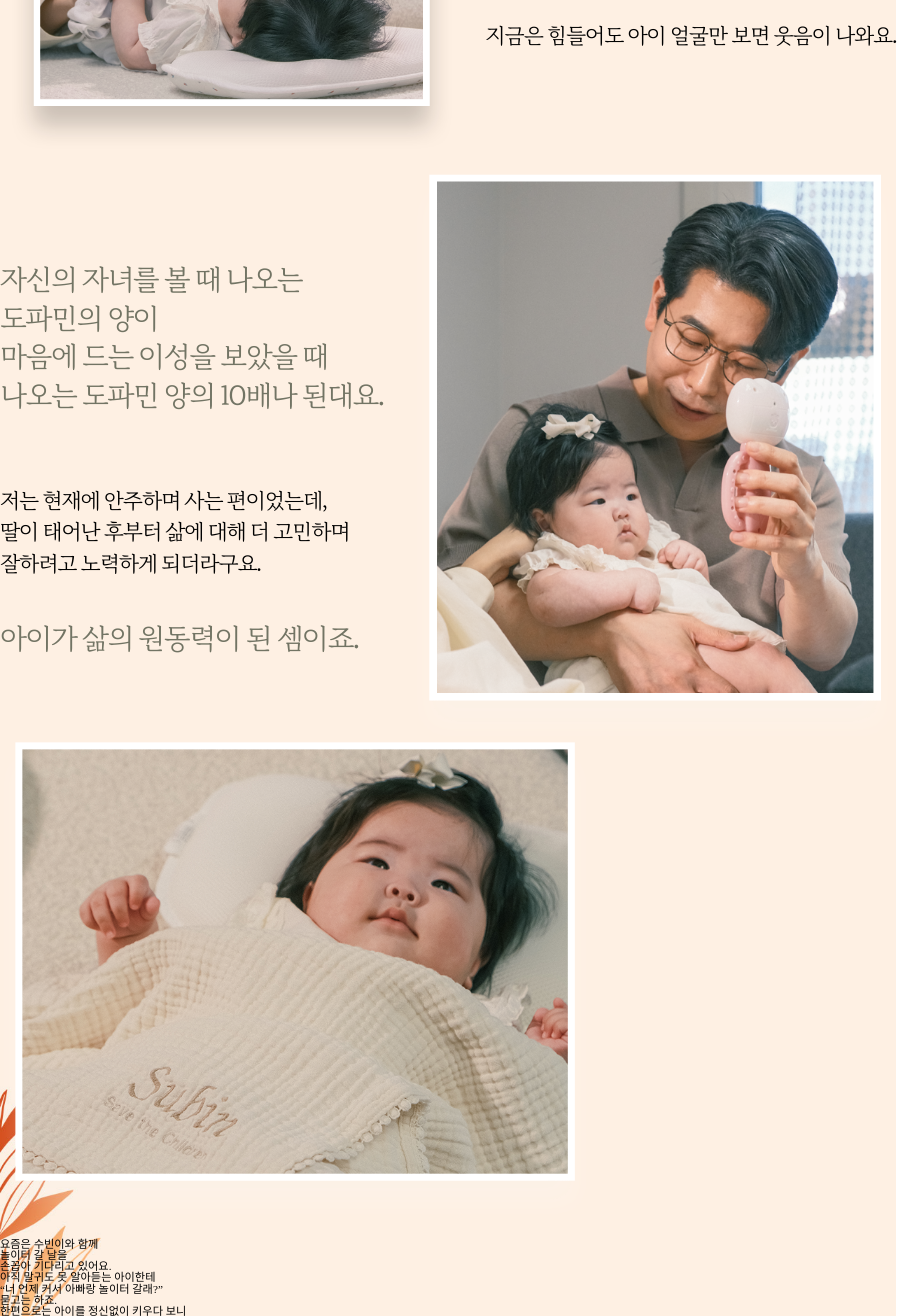
Repository: dlgywls1130/saveTheChildren
Page: index.html
These files come from the project's save history. The page is drawn as it stood at one moment and after the next save; the edit follows.
The browser window is 1280 px wide. The page is 1293 px wide, so the pictures cover 1293 px, including what lies to the right of the window. The pictures show the part of the page from y = 3671 to 5551 px (the page is 10568 px tall before and 10718 px after), at 70% of full size.
Some web fonts or font styles are not loaded; a fallback is used. The style sheet was rebuilt from its Sass, Less or Tailwind sources for each picture, by a compiler version that may differ from the author's.

Above is the page before, as saved 2024-11-01 22:43:06.

After the next save:
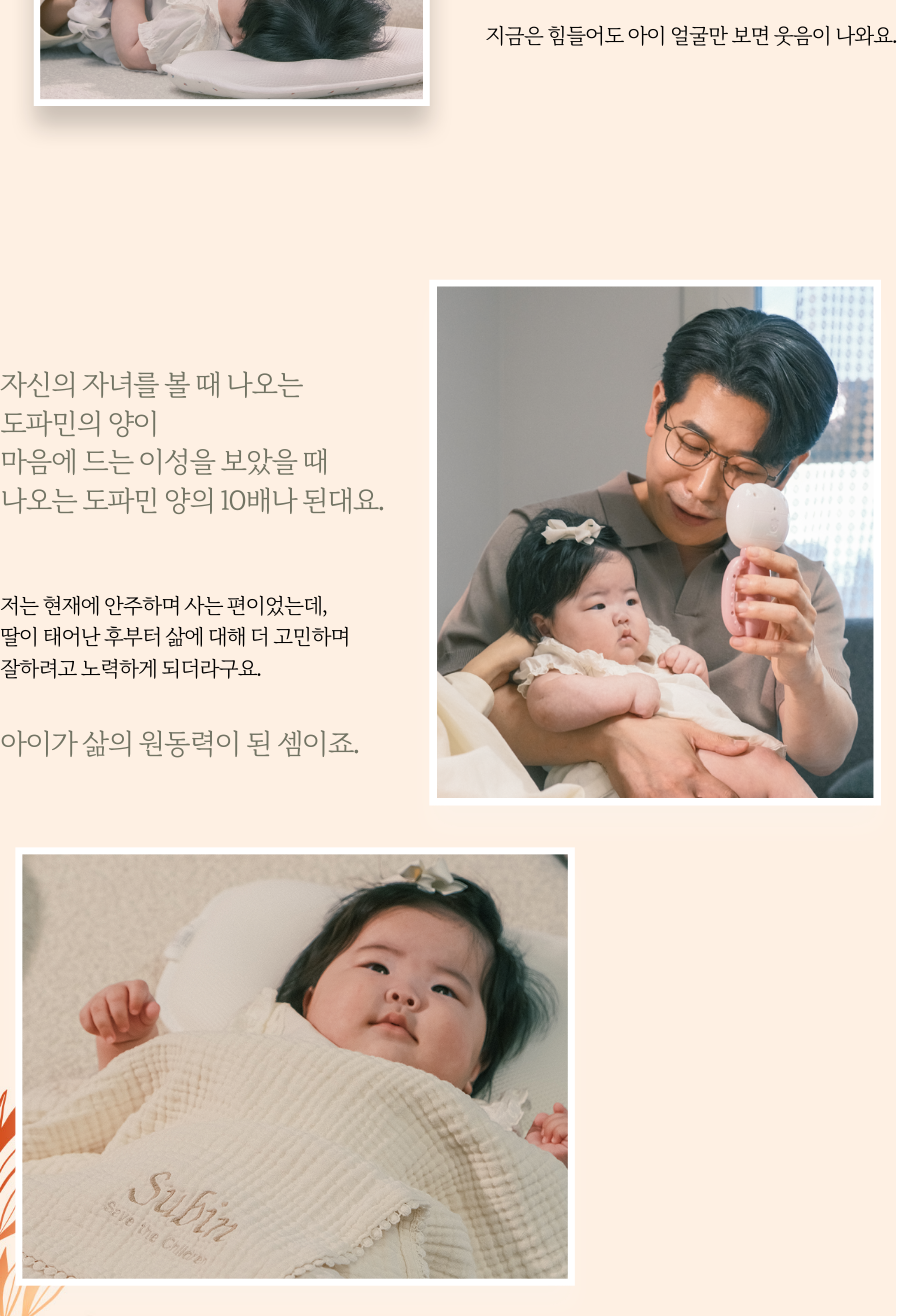
Saved 23 s later.
--- a/index.html
+++ b/index.html
@@ -70,7 +70,7 @@
             </div>
 
 
-            <div class="story_02">
+            <div class="story_02 mb-150">
                 <div class="story_02_01">
                     <div class="story_image">
                         <img src="/images/s2_1.png" alt="stroy">
